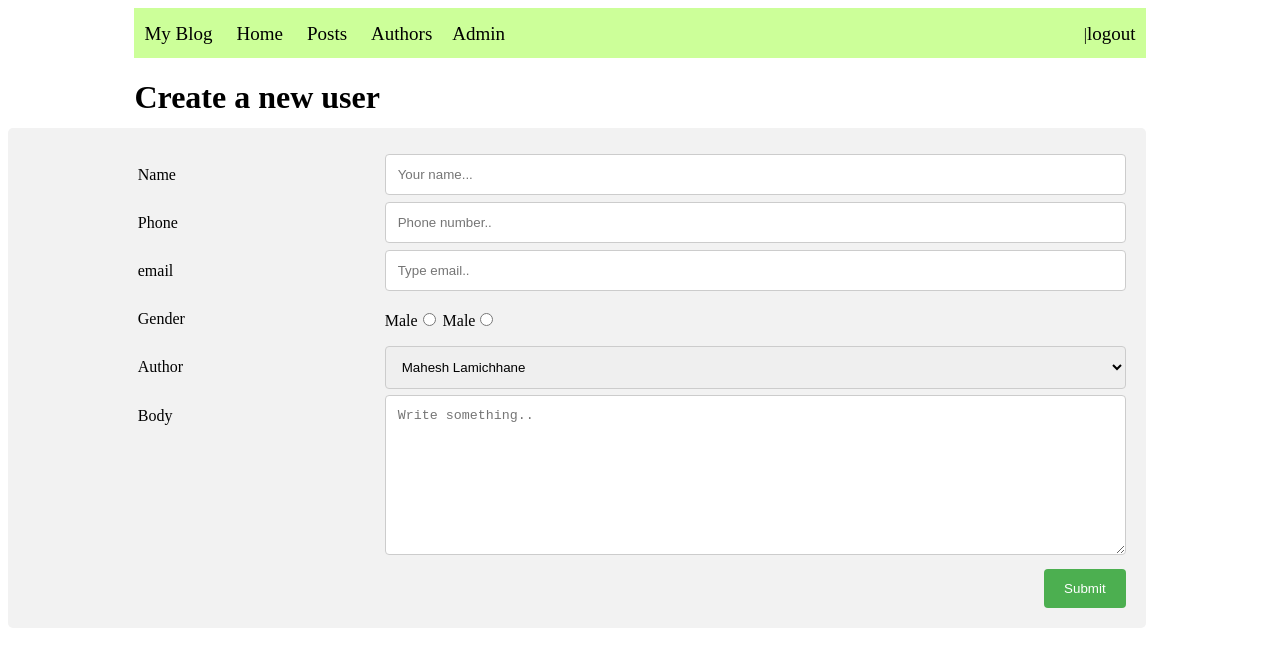
Repository: Software284/servlet-jsp-project
Page: http://localhost/Crud_WIth_Spring_Mvc_and_Hibernate_with_xml/WEB-INF/view/add.jsp
The author's editor kept a copy of each file at every save. The page is drawn from the files as they stood at one save, then again after the next save.
The browser window is 1280 px wide. The pictures show the whole page.
The page is served by Tomcat 9. Nobody is signed in. Other server files are loaded and not shown. The template is opened directly, without the code that normally fills it, so the values that code supplies are empty.

Above is the page before, as saved 2020-06-13 21:20:57.

### Crud WIth Spring Mvc and Hibernate with xml/WebContent/WEB-INF/view/add.jsp
<%@ page language="java" contentType="text/html; charset=ISO-8859-1"
    pageEncoding="ISO-8859-1"%>
<!DOCTYPE html>
<html>
<head>
 <title>Bootstrap Example</title>
  <meta charset="utf-8">
  <meta name="viewport" content="width=device-width, initial-scale=1">
  <style type="text/css">
    .header
    {
        width: 80%;
        height:50px;
        margin-left: 10%;
      background-color: #ccff99;
      padding:0px;
    }
    ul
    {

      margin:0px;
      padding:0px;

    }
    ul li
    {
      display: inline-block;
      margin-top: 10px;     margin-left: 5px;
      padding: 5px;
      list-style-type: none;
      margin-right: 5px;

    }
    ul li a
    {
      color:#fff;
      text-decoration: none;
      font-size: 19px;
      color:#000;
    }
    ul li.right
    {
      float:right;
    }
    h1
    {
      margin-left:10%;
      margin-bottom: 12px;
      font-weight: bold;
    }
    form
    {
      margin-left: 10%;
    }
    input[type=text]
    {
      padding:9px 12px;
    }
      textarea
    {
      padding:12px 20px;
    }




.dropdown {
  position: relative;
  display: inline-block;
}

.dropdown-content {
  display: none;
  position: absolute;
  background-color: #f9f9f9;
  min-width: 160px;
  box-shadow: 0px 8px 16px 0px rgba(0,0,0,0.2);
  z-index: 1;
}

.dropdown-content a {
  color: black;
  padding: 12px 16px;
  text-decoration: none;
  display: block;
}

.dropdown-content a:hover {background-color: #f1f1f1}

.dropdown:hover .dropdown-content {
  display: block;
}



  @Media(max-width: 700px)
  {
    .header ul li a
    {
      font-size: 15px;
    }
  }
   @Media(max-width: 400px)
  {
    .header ul li a
    {
      font-size: 10px;
    }

  }
 * {
  box-sizing: border-box;
}

input[type=text], select, textarea {
  width: 100%;
  padding: 12px;
  border: 1px solid #ccc;
  border-radius: 4px;
  resize: vertical;
}

label {
  padding: 12px 12px 12px 0;
  display: inline-block;
}

input[type=submit] {
  background-color: #4CAF50;
  color: white;
  padding: 12px 20px;
  border: none;
  border-radius: 4px;
  cursor: pointer;
  float: right;
  margin-top: 10px;
}

input[type=submit]:hover {
  background-color: #45a049;
}

.container {
  border-radius: 5px;
  background-color: #f2f2f2;
  padding: 20px;
  width:90%;
}

.col-25 {
  float: left;
  width: 25%;
  margin-top: 6px;
}

.col-75 {
  float: left;
  width: 75%;
  margin-top: 6px;
}

/* Clear floats after the columns */
.row:after {
  content: "";
  display: table;
  clear: both;
}

/* Responsive layout - when the screen is less than 600px wide, make the two columns stack on top of each other instead of next to each other */
@media screen and (max-width: 600px) {
  .col-25, .col-75, input[type=submit] {
    width: 100%;
    margin-top: 0;
  }
}





  </style>
</head>
<body>
   <div class="header">
    <ul>
      <li><a href="#">My Blog</a></li>
      <li><a href="#">Home</a></li>
      <li class="dropdown">
        <a href="#" class="dropbtn" >Posts</a>
        <div class="dropdown-content">
          <a href="#">Link1</a>
          <a href="#">Link2</a>
          <a href="#">Link3</a>
        </div>
      </li>
      <li class="dropdown">
        <a href="#" class="dropbtn">Authors</a>
        <div class="dropdown-content">
          <a href="#">Link1</a>
          <a href="#">Link2</a>
          <a href="#">Link3</a>
        </div>

      <li class="dropdown">
        <a href="#" class="dropbtn">Admin</a>
        <div class="dropdown-content">
          <a href="#">Link1</a>
          <a href="#">Link2</a>
          <a href="#">Link3</a>
        </div>
      </li>

      </li>
      <li class="right">${sessionScope.username}|<a href="logout.action">logout</a></li>
    </ul>
   </div>
   <h1>Create a new user</h1>
     <div class="container">
  <form action="insert" method="post">
  <div class="row">
    <div class="col-25">
      <label for=name"">Name</label>
    </div>
    <div class="col-75">
      <input type="text" id="name" name="name" placeholder="Your name...">
    </div>
  </div>
  <div class="row">
    <div class="col-25">
      <label for="phone">Phone</label>
    </div>
    <div class="col-75">
      <input type="text" id="phone" name="phone" placeholder="Phone number..">
    </div>
  </div>
   <div class="row">
    <div class="col-25">
      <label for="email">email</label>
    </div>
    <div class="col-75">
      <input type="text" id="email" name="email" placeholder="Type email..">
    </div>
   </div>
    <div class="row">
    <div class="col-25">
      <label for="active">Gender</label>
    </div>
    <div class="col-75">
      Male<input type="radio" style="margin-top:15px;" id="active" name="gender" value="male">
      Male<input type="radio" style="margin-top:15px;" id="active" name="gender" value="male">
    </div>
  </div>
  <div class="row">
    <div class="col-25">
      <label for="country">Author</label>
    </div>
    <div class="col-75">
      <select id="name" name="author">
        <option value="Mahesh Lamichhane">Mahesh Lamichhane</option>
        <option value="Daring Pits">Daring Pits</option>
        <option value="Nabin Sharma">Nabin Sharma</option>
      </select>
    </div>
    <div class="row">
    <div class="col-25">
      <label for="body">Body</label>
    </div>
    <div class="col-75">
      <textarea id="subject" name="bodydata" placeholder="Write something.." name="bodydata" style="height:160px"></textarea>
    </div>
  </div>
</div>
  <div class="row">
    <input type="submit" value="Submit">
  </div>
  </form>
</div>

After the next save:
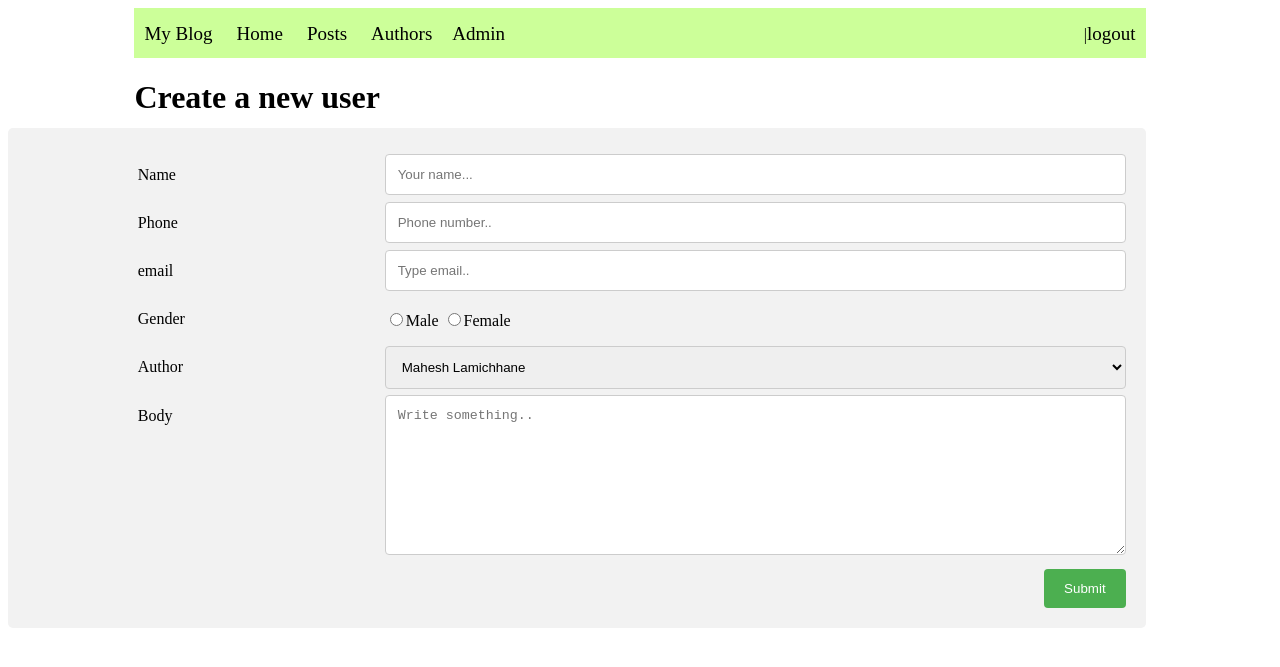
Saved 63 s later.
--- a/Crud WIth Spring Mvc and Hibernate with xml/WebContent/WEB-INF/view/add.jsp
+++ b/Crud WIth Spring Mvc and Hibernate with xml/WebContent/WEB-INF/view/add.jsp
@@ -246,8 +246,8 @@ input[type=submit]:hover {
       <label for="active">Gender</label>
     </div>
     <div class="col-75">
-      Male<input type="radio" style="margin-top:15px;" id="active" name="gender" value="male">
-      Male<input type="radio" style="margin-top:15px;" id="active" name="gender" value="male">
+      <input type="radio" style="margin-top:15px;"  name="gender" value="male">Male
+      <input type="radio" style="margin-top:15px;"  name="gender" value="female">Female
     </div>
   </div>
   <div class="row">
